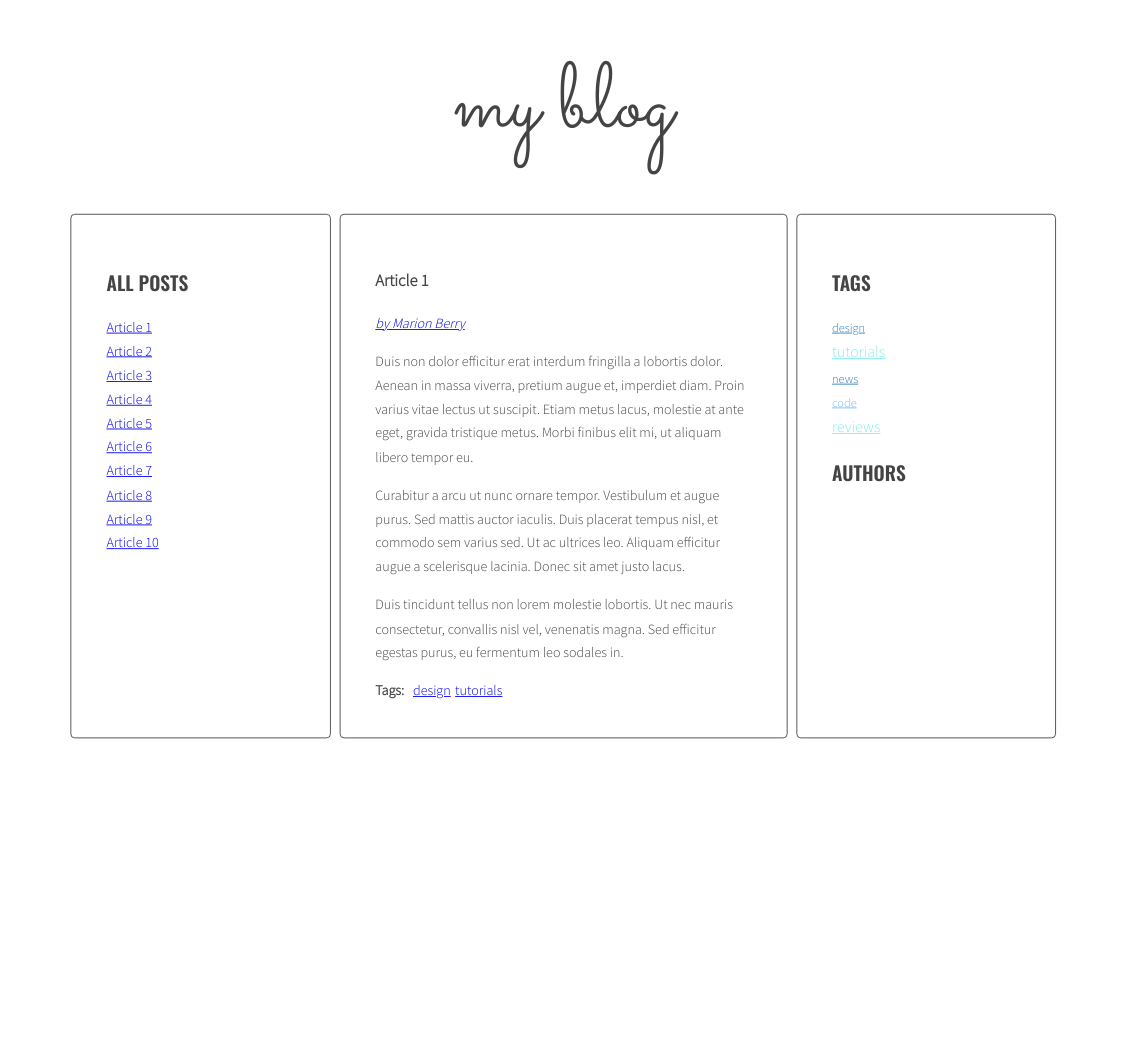
Repository: ulasup/javascript-blog
Page: index.html
The author's editor kept a copy of each file at every save. The page is drawn from the files as they stood at one save, then again after the next save.
The browser window is 1280 px wide. The pictures show the whole page, at 88% of full size.
The style sheet was rebuilt from its Sass, Less or Tailwind sources for each picture, by a compiler version that may differ from the author's.

Above is the page before, as saved 2020-12-21 18:14:54.

After the next save:
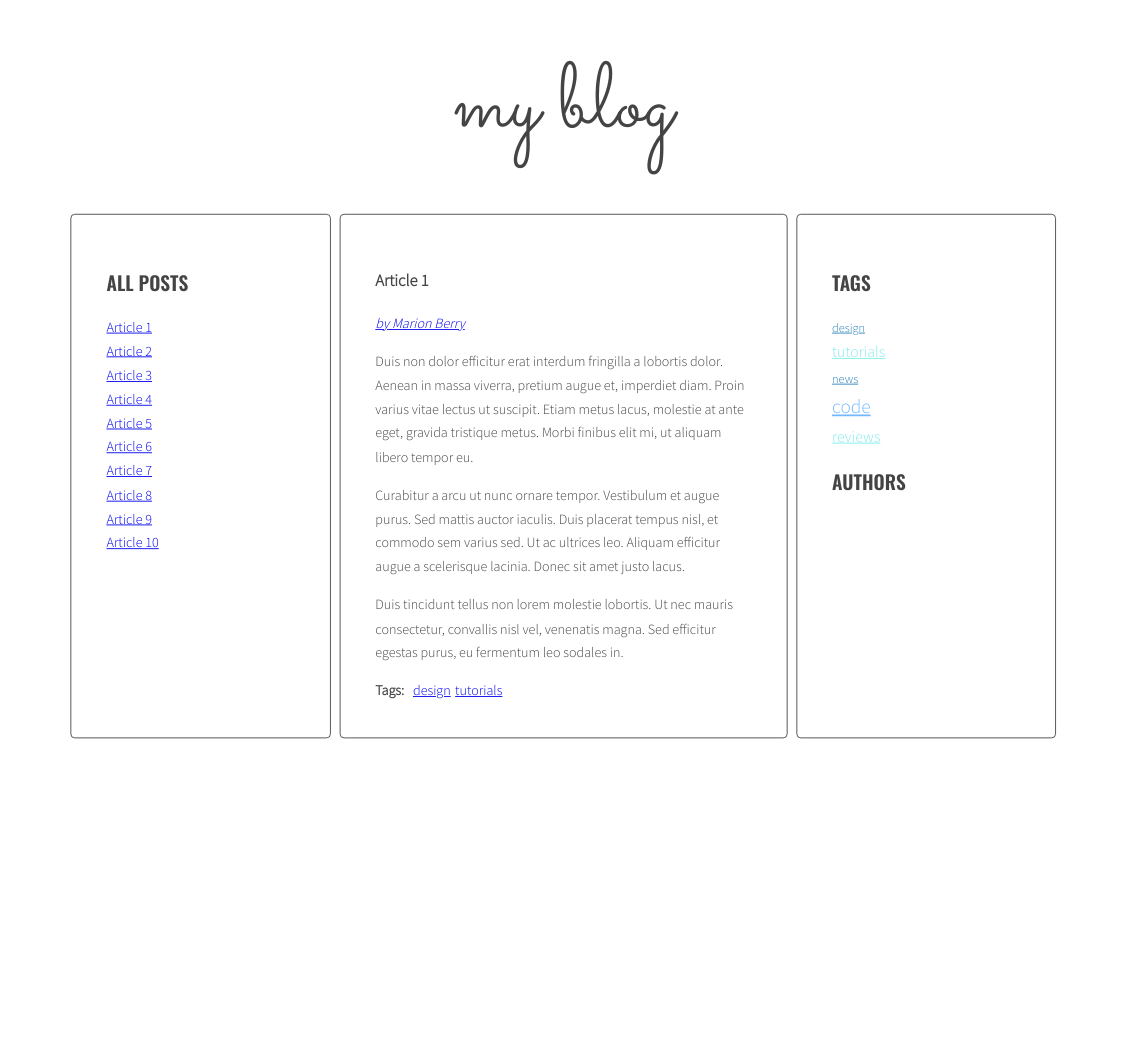
Saved 79 s later.
--- a/sass/style.scss
+++ b/sass/style.scss
@@ -139,7 +139,7 @@ body {
 }
 .tag-size-3 {
   color: #74b9ff;
-  font-size: 14px;
+  font-size: 22px;
 }
 .tag-size-4 {
   color: #0984e3;
